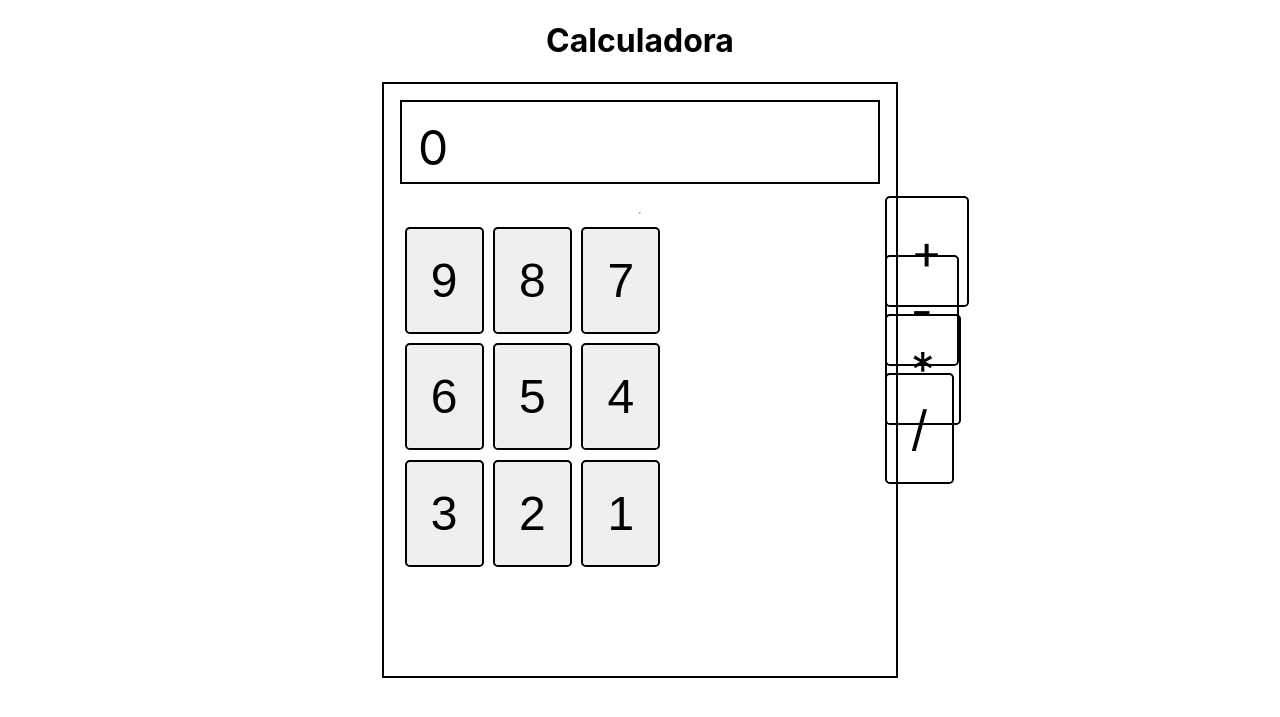
Repository: yamaka/curso-react-febrero-2022
Page: /
The author's editor kept a copy of each file at every save. The page is drawn from the files as they stood at one save, then again after the next save.
The browser window is 1280 px wide. The pictures show the whole page.
The project was rebuilt for these pictures with package versions that can differ from the ones it lists, and the page was loaded fresh each time. Also part of the build but not shown: src/App.css, src/components/Zanahoria/Zanahoria.css, src/components/Zanahoria/Zanahoria.js, src/components/Zanahorias/Zanahorias.js, src/components/Lechuga/Lechuga.css, src/components/Lechuga/Lechuga.js, src/components/Calculadora/Calculadora.css, src/components/Calculadora/Calculadora.js and 4 more.

Above is the page before, as saved 2022-03-02 18:40:30.

### src/index.js
import React from 'react';
import ReactDOM from 'react-dom';
import './index.css';
import App from './App';
import reportWebVitals from './reportWebVitals';

ReactDOM.render(
  <React.StrictMode>
    <App />
  </React.StrictMode>,
  document.getElementById('root')
);

// If you want to start measuring performance in your app, pass a function
// to log results (for example: reportWebVitals(console.log))
// or send to an analytics endpoint. Learn more: https://bit.ly/CRA-vitals
reportWebVitals();

### src/App.js
import logo from './logo.svg';
import './App.css';
import Zanahorias from './components/Zanahorias/Zanahorias';
import Lechuga from './components/Lechuga/Lechuga';
import Calculadora from './components/Calculadora/Calculadora';
import CiclosVida from './components/CiclosVida/CiclosVida';
import CalculadoraHooks from './hooks/Calculadora/Calculadora'

function App() {
  return (
    <div style={{
      display: 'flex',
      flexDirection: 'column',
      justifyContent: 'center',
      alignItems: 'center'
    }}>
      {/* componentes sin estado  */}
      {/* <h1>Componentes sin estado  funcionales</h1>
      <h2>Verduleria</h2>
      <Zanahorias titulo={"zanahorias super economicas"} cantidad={3} />  */}
        {/* hacer lo mismo con lechugas */}
      {/* componentes con estado */}
      {/* <h1>componentes con estado como clase</h1>
      <Calculadora/> */}
      {/* <CiclosVida/> */}
      <CalculadoraHooks/>
    </div>
  );
}

export default App;

### src/hooks/Calculadora/Calculadora.js
//componentes como funcionales con estado
import React, { useState } from "react";
import Input from "../components/Input/Input";
import BotonNumerico from "../components/BotonNumerico/BotonNumerico";
import BotonOperacion from "../components/BotonOperacion/BotonOperacion";
import BotonIgual from "../components/BotonIgual/BotonIgual";

import "./Calculadora.css";

const Calculadora = () => {
  const [display, setDisplay] = useState("0");
  const [operandoA, setOperandoA] = useState(0);
  const [operandoB, setOperandoB] = useState(0);
  const [operacion, setOperacion] = useState("+");

  const onPressNumerico = (numero) => {
    if (operandoA == 0) {
      setOperandoA(numero);
      setDisplay(numero);
    } else {
      setOperandoB(numero);
      setDisplay(display + numero);
    }
  };

  const onPressOperacion = (operacion) => {
    setOperacion(operacion);
    setDisplay(display + operacion);
  };

  const calcular = () => {
    switch (operacion) {
      case "+":
        setDisplay((parseInt(operandoA) + parseInt(operandoB)).toString());
    }
  };

  return (
    <div className="container">
      <h1>Calculadora</h1>
      <div className="calculadora-container">
        <Input value={display} />
        <br />
        <hr />
        <div
          style={{
            display: "flex",
            flex: 1,
            flexDirection: "row",
          }}
        >
          <div style={{ display: "flex", flex: 1, flexDirection: "column" }}>
            <div
              style={{ display: "flex", flexDirection: "row", width: "480px" }}
            >
              <BotonNumerico value="9" onPress={onPressNumerico} />
              <BotonNumerico value="8" onPress={onPressNumerico} />
              <BotonNumerico value="7" onPress={onPressNumerico} />
            </div>
            <div
              style={{ display: "flex", flexDirection: "row", width: "480px" }}
            >
              <BotonNumerico value="6" onPress={onPressNumerico} />
              <BotonNumerico value="5" onPress={onPressNumerico} />
              <BotonNumerico value="4" onPress={onPressNumerico} />
            </div>
            <div
              style={{ display: "flex", flexDirection: "row", width: "480px" }}
            >
              <BotonNumerico value="3" onPress={onPressNumerico} />
              <BotonNumerico value="2" onPress={onPressNumerico} />
              <BotonNumerico value="1" onPress={onPressNumerico} />

              {/* <div>
                <BotonNumerico value="0" onPress={onPressNumerico} />
                <BotonIgual onPress={calcular} />
              </div> */}
            </div>
          </div>
          <div
            style={{ display: "flex", flexDirection: "column", width: "30%" }}
          >
            <BotonOperacion operator="+" onPress={onPressOperacion} />
            <BotonOperacion operator="-" onPress={onPressOperacion} />
            <BotonOperacion operator="*" onPress={onPressOperacion} />
            <BotonOperacion operator="/" onPress={onPressOperacion} />
          </div>
        </div>
      </div>
    </div>
  );
};

export default Calculadora;

### src/hooks/components/Input/Input.js
import React from 'react'
import './Input.css'
//tarea que los numeros introduciodps vayan a la derecha

const Input = ({value}) => {
  return (
    <div className='input-container'><span>{value}</span></div>
  )
}

export default Input

### src/hooks/components/BotonNumerico/BotonNumerico.js
import React from 'react'
import './BotonNumerico.css';
const BotonNumerico = ({value, onPress}) => {
  return (
    <button className='boton-numerico' onClick={()=>onPress(value)}>{value}</button>
  )
}

export default BotonNumerico

### src/hooks/components/BotonOperacion/BotonOperacion.js
import React from "react";
import "./BotonOperacion.css";

const BotonOperacion = ({ operator, onPress }) => {
  return (
    <div>
      <span className="boton-operacion" onClick={() => onPress(operator)}>
        {operator}
      </span>
    </div>
  );
};

export default BotonOperacion;

### src/hooks/Calculadora/Calculadora.css

.container{
    display: flex;
    flex: 1;
    flex-direction: column;
    align-items: center;

}
.calculadora-container{
    padding: 1rem;
    border: solid 1px;
    border-width: 2px;
    display: flex;
    flex-direction: column;
    width: 30rem;
    height: 35rem;
}

### src/hooks/components/Input/Input.css
.input-container{
    border: solid 1px;
    border-width: 2px;
    height: 3rem;
    font-size: 3rem;
    padding: 1rem;
}

### src/hooks/components/BotonNumerico/BotonNumerico.css
.boton-numerico {
  border: solid 2px;
  padding: 1.5rem;
  border-radius: 0.3rem;
  font-size: 3rem;
  margin: 0.3rem;
}

### src/hooks/components/BotonOperacion/BotonOperacion.css
.boton-operacion {
  border: solid 2px;
  padding: 1.5rem;
  border-radius: 0.3rem;
  font-size: 3rem;
  height: 3rem;
  width: 1rem;
  margin: 0.3rem;
}

Loaded but not shown: public/index.html (common file); src/index.css (common file); src/reportWebVitals.js (common file)

After the next save:
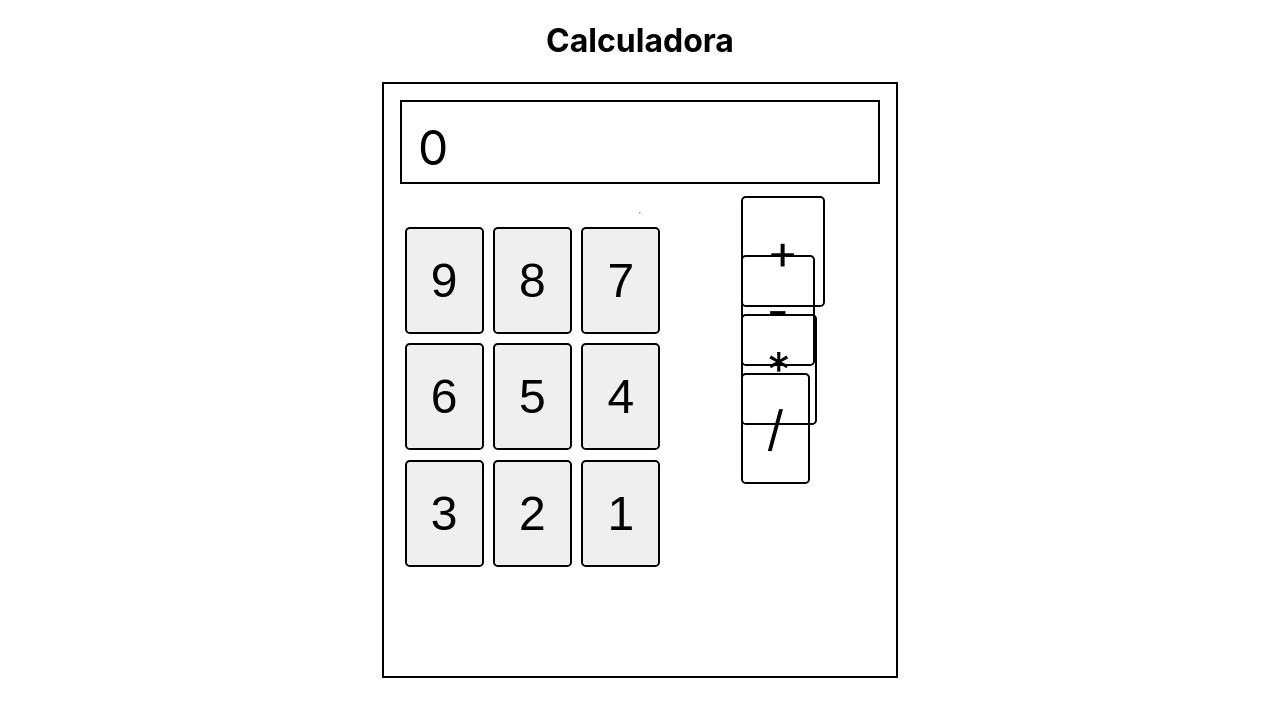
Saved 51 s later.
--- a/src/hooks/Calculadora/Calculadora.js
+++ b/src/hooks/Calculadora/Calculadora.js
@@ -50,23 +50,17 @@ const Calculadora = () => {
           }}
         >
           <div style={{ display: "flex", flex: 1, flexDirection: "column" }}>
-            <div
-              style={{ display: "flex", flexDirection: "row", width: "480px" }}
-            >
+            <div style={{ display: "flex", flexDirection: "row" }}>
               <BotonNumerico value="9" onPress={onPressNumerico} />
               <BotonNumerico value="8" onPress={onPressNumerico} />
               <BotonNumerico value="7" onPress={onPressNumerico} />
             </div>
-            <div
-              style={{ display: "flex", flexDirection: "row", width: "480px" }}
-            >
+            <div style={{ display: "flex", flexDirection: "row" }}>
               <BotonNumerico value="6" onPress={onPressNumerico} />
               <BotonNumerico value="5" onPress={onPressNumerico} />
               <BotonNumerico value="4" onPress={onPressNumerico} />
             </div>
-            <div
-              style={{ display: "flex", flexDirection: "row", width: "480px" }}
-            >
+            <div style={{ display: "flex", flexDirection: "row" }}>
               <BotonNumerico value="3" onPress={onPressNumerico} />
               <BotonNumerico value="2" onPress={onPressNumerico} />
               <BotonNumerico value="1" onPress={onPressNumerico} />
